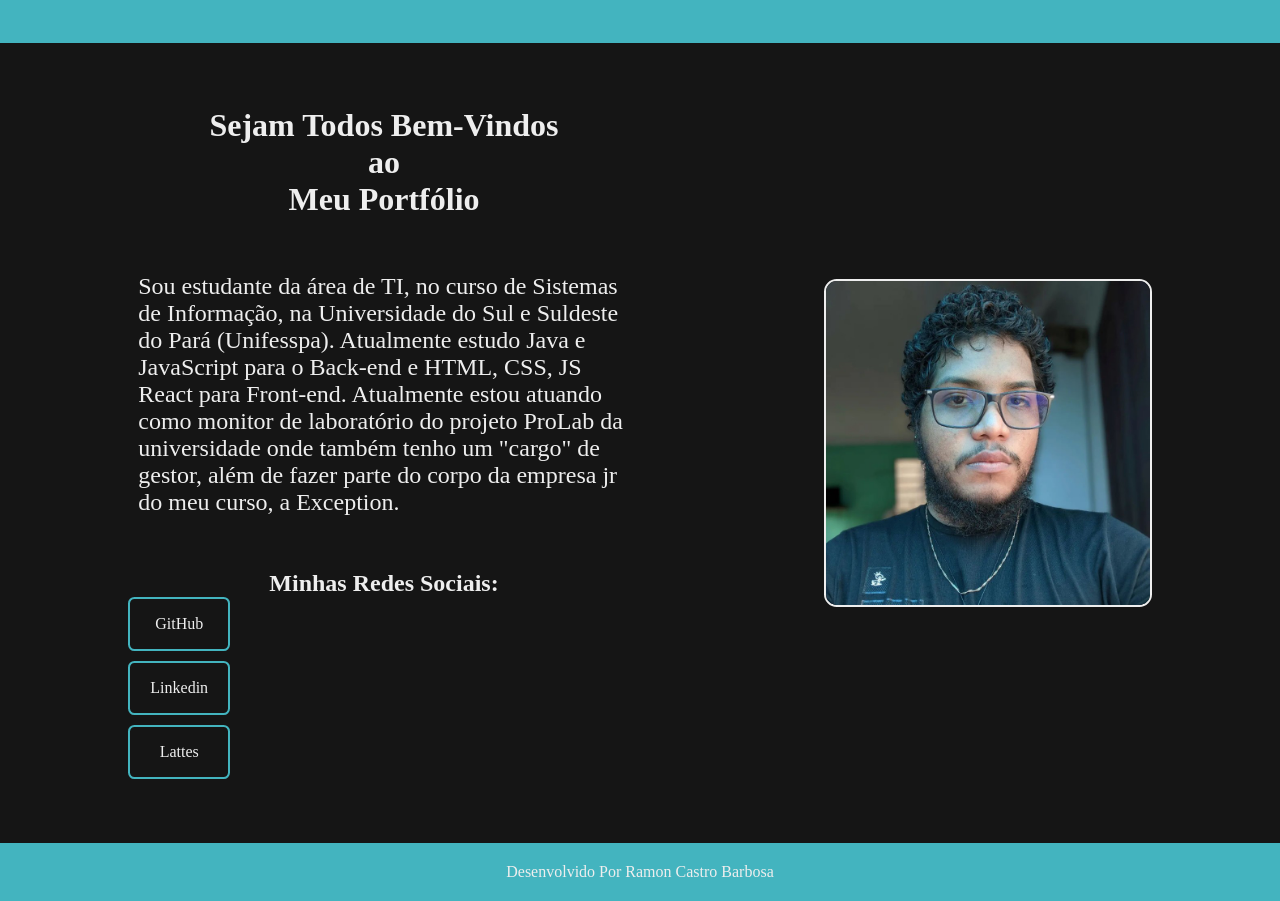
Repository: ramoncbarbosa/Web1_Atividade2
Page: index.html
These files come from the project's save history. The page is drawn as it stood at one moment and after a run of saves; the edit follows.
The browser window is 1280 px wide. The pictures show the whole page.

Above is the page before, as saved 2023-06-10 16:48:44.

After the next 2 saves:
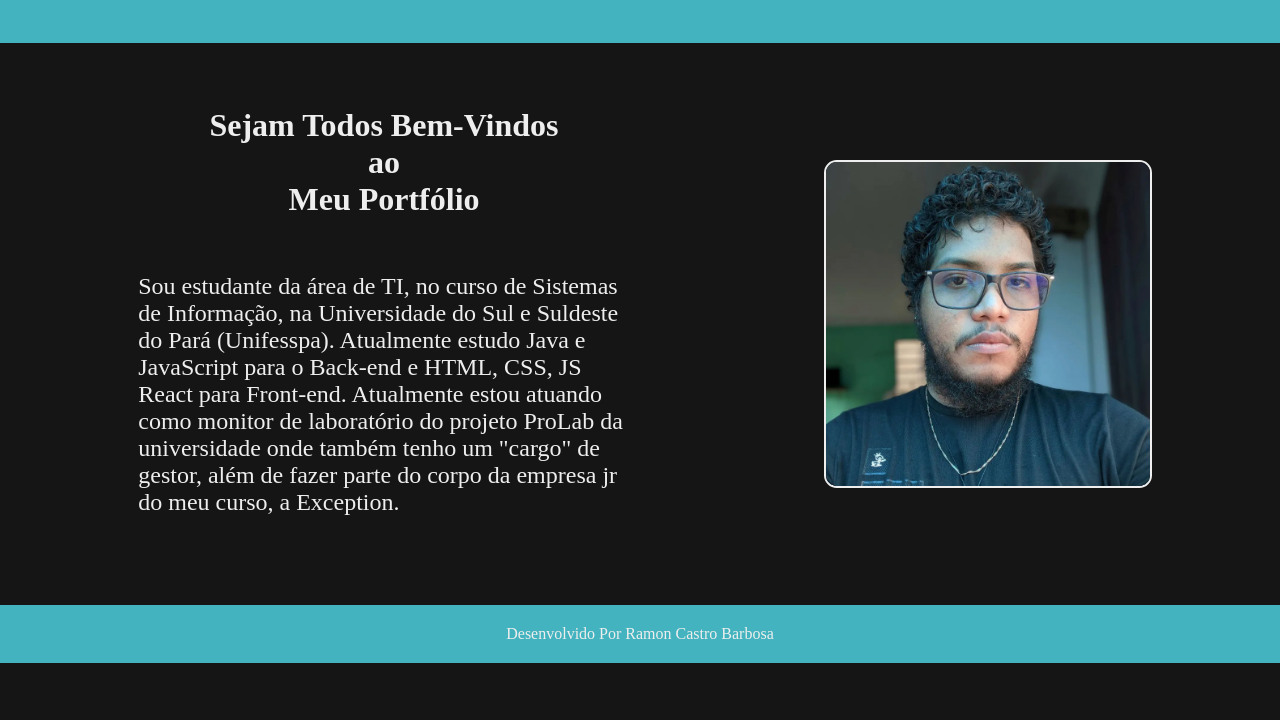
The 2 saves are shown as one change because they came seconds apart.
The last was saved 13 s later.
--- a/index.html
+++ b/index.html
@@ -21,12 +21,6 @@
                 Sou estudante da área de TI, no curso de Sistemas de Informação, na Universidade do Sul e Suldeste do Pará (Unifesspa). Atualmente estudo Java e JavaScript para o Back-end e HTML, CSS, JS React para Front-end.
                     Atualmente estou atuando como monitor de laboratório do projeto ProLab da universidade onde também tenho um "cargo" de gestor, além de fazer parte do corpo da empresa jr do meu curso, a Exception.
             </p>
-            <div class="princiapl__links">
-                <h2 class="secundario__titulo">Minhas Redes Sociais:</h2>
-                <a target="_blank" id="github" href=""><img src="" alt="">GitHub</a>
-                <a target="_blank" id="linkedin" href=""><img src="" alt="">Linkedin</a>
-                <a target="_blank" id="lattes" href=""><img src="" alt="">Lattes</a>
-            </div>
         </section>
             <img class="imagem" src="./img/perfil.jpg" alt="">
     </main>
